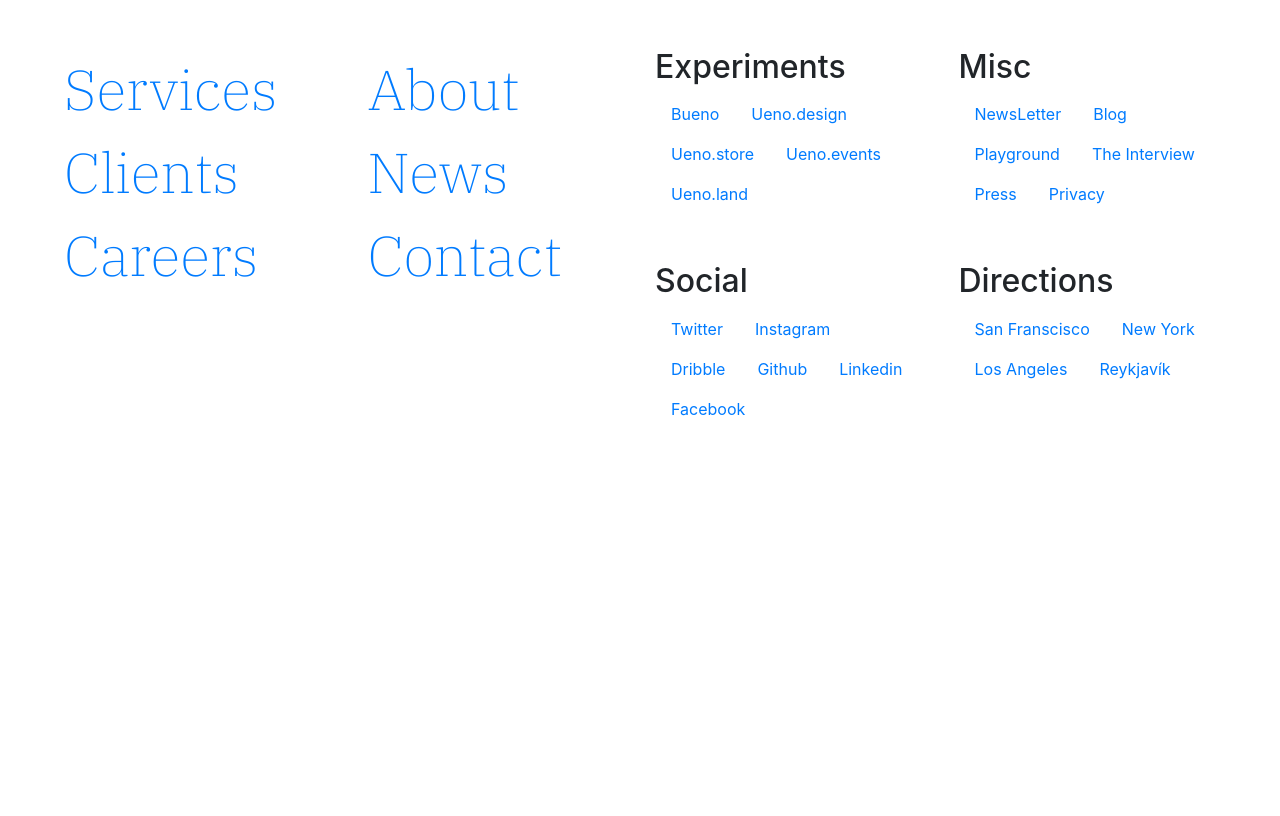
Repository: DeepaPrasanna/UenoClone
Page: /
The author's editor kept a copy of each file at every save. The page is drawn from the files as they stood at one save, then again after the next save.
The browser window is 1280 px wide. The pictures show the whole page.
The project was rebuilt for these pictures with package versions that can differ from the ones it lists, and the page was loaded fresh each time. Also part of the build but not shown: src/components/Layout/Header.js.

Above is the page before, as saved 2021-05-04 16:38:02.

After the next save:
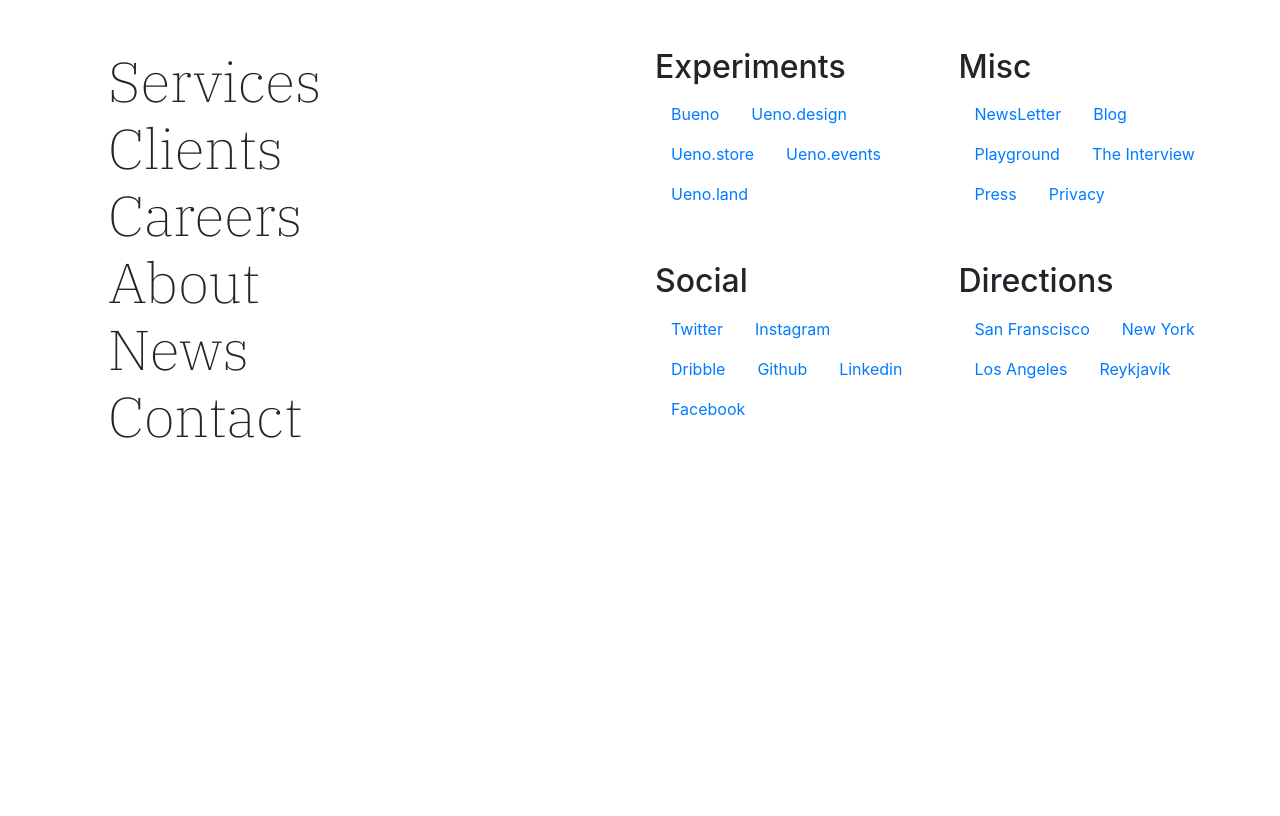
Saved 23 s later.
--- a/src/index.css
+++ b/src/index.css
@@ -12,25 +12,14 @@
   font-weight: 200;
   src: url("https://fonts.gstatic.com/s/ibmplexserif/v9/jizAREVNn1dOx-zrZ2X3pZvkTi3Q-iI0q1s.woff2") format("woff2");
 }
-.screen-links {
-  /* position: relative; */
+.screen-first-column-links {
   color: #252525;
   padding: 0px 60px !important;
 }
 .nav-link:hover {
   color: #252525;
 }
-.screen-links-hover {
-  position: absolute;
-  top: 0;
-  left: 0;
-  right: 0;
-  transform: translate(103%, 0px);
-  background-color: red;
-  height: 100%;
-  width: 100%;
-  z-index: 1;
-}
+
 
 .screens-second-column-columns {
   flex: none;
